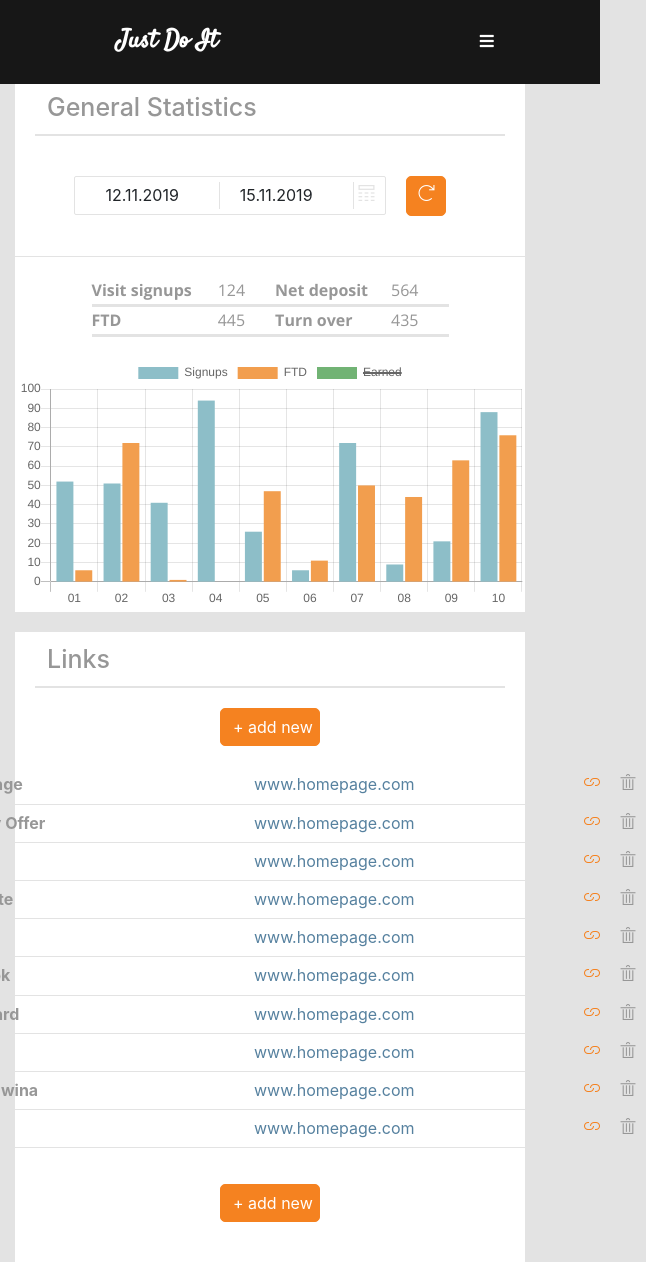
Repository: OllaWilk/wwwJustDoIt
Page: index.html
An editor plug-in stored every save of this project. The page is shown before and after the next save, followed by the edit.
The browser window is 600 px wide. The page is 646 px wide, so the pictures cover 646 px, including what lies to the right of the window. The pictures show the whole page.
Some web libraries are served in a nearby version. The style sheet was rebuilt from its Sass, Less or Tailwind sources for each picture, by a compiler version that may differ from the author's.

Above is the page before, as saved 2019-12-25 16:13:48.

### index.html
<!DOCTYPE html>
<html lang=”en”>
    <head>
        <meta charset=”utf-8”>
        <meta name="viewport" content="width=device-width, initial-scale=1.0">
        <meta http-equiv="X-UA-Compatible" content="ie=edge">
        <meta name="description" content="Projekt indywidualny z kursu Kodilla">
        <meta name="keywords" content="kodilla, indiwidual, project">
        <title>Just Do It - soloProject</title>
            <link href="https://use.fontawesome.com/releases/v5.7.2/css/all.css" rel="stylesheet">
            <link href="https://fonts.googleapis.com/css?family=Open+Sans:400,400i,700|Satisfy&display=swap&subset=latin-ext" rel="stylesheet">
            <link rel="stylesheet" href="https://stackpath.bootstrapcdn.com/bootstrap/4.1.3/css/bootstrap.min.css" integrity="sha384-MCw98/SFnGE8fJT3GXwEOngsV7Zt27NXFoaoApmYm81iuXoPkFOJwJ8ERdknLPMO" crossorigin="anonymous">
            <link rel="stylesheet" href="css/style.css">
            <link rel="stylesheet" href="vendor/css/Glyphter.css">
        </head>
    <body>
        <nav class = "navigation">
            <div class = "navigationWraper">
                <div class  ="navigationTop">
                    <h1 class = "logo">Just Do It</h1>
                    <i id="hamburger" class="fas fa-bars"></i>
                </div>
                <div = class="navigationWraperMobile">
                    <ul>
                        <li><i id="start" class="icon-general"></i><a class="menuButon" href="index.html">General</a></li>
                        <li><i id="details" class="icon-details"></i><a class="menuButon" href="index.html">Details </a></li>
                        <li><i id="links" class="icon-links"></i><a class="menuButon" href="index.html">Links</a></li>
                        <li><i id="banners" class="icon-banners"></i><a class="menuButon" href="index.html">Banners</a></li>
                        <li><i id="personal data" class="icon-personaldata"></i><a class="menuButon" href="index.html">Personal Data</a></li>
                        <li><i id="payout" class="icon-payout"></i><a class="menuButon" href="index.html">Payout</a></li>
                        <li><i id="postback" class="icon-postback"></i><a class="menuButon" href="index.html">Postback</a></li>
                    </ul>
                    <div class = "menagoImg">
                        <h2>Your Manager</h2>
                        <a class="menuButon" href = "index.html">
                            <img src="images/business-woman-746766_1920.jpg">
                        </img>Luisa</a>
                    </div>
                </div>
            </div>
        </nav>

        <div class= "topMenu">
            <div class = "topMenuWrapper">
                <div class= "iconsTopMenu">
                    <i id="wallet" class="icon-wallet"></i>
                    <h3>$ 1,5000</h3>
                    <i id="arrowDown" class="icon-arrow-down-small"></i>
                </div>
                <div class= "iconsTopMenu">
                    <i id="notification" class="icon-notification"></i>
                </div>
                <div class= "iconsTopMenu">
                    <i id="profile" class="icon-profile"></i>
                    <p>Jan Kowalski</p>
                </div>
                <div class= "iconsTopMenu">
                    <i id="start" class="icon-quit"></i>
                </div>
            </div>
        </div>

        <section class = "container">
            <div class = "section  mainPage">
                <h2  class="title">General Statistics</h2>
                <div class="dates">
                    <div class="datesConteiner">
                        <div class="dateStart">12.11.2019</div>
                        <div class="dateEnd">15.11.2019 </div>
                        <i id="calendar" class="icon-calendar"></i>
                    </div>
                    <a href="index.html" id="refresh" class="btnRefrsh btn icon-refresh"></a>
                </div>
                <div class="statistic">
                    <div class="legendWrap">
                        <table>
                            <tr>
                              <td class="visitSignups">
                                <h3>Visit signups</h3>
                                <p>124</p>
                              </td>
                              <td class="netDeposit">
                                <h3>Net deposit</h3>
                                <p>564</p>
                              </td>
                            </tr>
                            <tr>
                              <td class="FTD">
                                <h3>FTD</h3>
                                <p>445</p>
                              </td>
                              <td class="turnOver">
                                <h3>Turn over</h3>
                                <p>435</p>
                              </td>
                            </tr>
                        </table>
                    </div>
                    <canvas id="myChart"></canvas>
                </div>
            </div>

            <div class = "section links">
                <h2  class="title">Links</h2>
                <div class="btnWraper">
                    <a href="index.html" id="refresh" class="btn btnAddNew">+ add new</a>
                </div>
                <div class = "linkWraper">
                    <ul>
                        <li>
                            <p>Home Page</p>
                            <a href="index.html">www.homepage.com</a>
                            <i id="start" class="colorLinks icon-links"></i>
                            <i id="start" class="icon-trash"></i>
                        </li>
                        <li>
                            <p>Curently Offer</p>
                            <a href="index.html">www.homepage.com</a>
                            <i id="start" class="colorLinks icon-links"></i>
                            <i id="start" class="icon-trash"></i>
                        </li>
                        <li>
                            <p>Blurpix</p>
                            <a href="index.html">www.homepage.com</a>
                            <i id="start" class="colorLinks icon-links"></i>
                            <i id="start" class="icon-trash"></i>
                        </li>
                        <li>
                            <p>Youre Site</p>
                            <a href="index.html">www.homepage.com</a>
                            <i id="start" class="colorLinks icon-links"></i>
                            <i id="start" class="icon-trash"></i>
                        </li>
                        <li>
                            <p>Google</p>
                            <a href="index.html">www.homepage.com</a>
                            <i id="start" class="colorLinks icon-links"></i>
                            <i id="start" class="icon-trash"></i>
                        </li>
                        <li>
                            <p>Facebook</p>
                            <a href="index.html">www.homepage.com</a>
                            <i id="start" class="colorLinks icon-links"></i>
                            <i id="start" class="icon-trash"></i>
                        </li>
                        <li>
                            <p>Dashboard</p>
                            <a href="index.html">www.homepage.com</a>
                            <i id="start" class="colorLinks icon-links"></i>
                            <i id="start" class="icon-trash"></i>
                        </li>
                        <li>
                            <p>Blurax</p>
                            <a href="index.html">www.homepage.com</a>
                            <i id="start" class="colorLinks icon-links"></i>
                            <i id="start" class="icon-trash"></i>
                        </li>
                        <li>
                            <p>Piece of wina</p>
                            <a href="index.html">www.homepage.com</a>
                            <i id="start" class="colorLinks icon-links"></i>
                            <i id="start" class="icon-trash"></i>
                        </li>
                        <li>
                            <p>Twitter</p>
                            <a href="index.html">www.homepage.com</a>
                            <i id="start" class="colorLinks icon-links"></i>
                            <i id="start" class="icon-trash"></i>
                        </li>
                    </ul>

                </div>
                <div class="btnWraper">
                    <a href="index.html" id="refresh" class="btn btnAddNew">+ add new</a>
                </div>
            </div>
        </section>

        <script src="https://cdnjs.cloudflare.com/ajax/libs/Chart.js/2.4.0/Chart.min.js"></script>
        <script src="js/script.js"></script>
    </body>
</html>

### js/script.js
const hamburgerMenuLeft = document.getElementById('hamburger');
const mobileMenu = document.querySelector('navigationWraperMenu');

hamburger.addEventListener('click', function(){
    mobileMenu.classList.toggle('active');
});

var ctx = document.getElementById('myChart').getContext('2d');

var chart = new Chart(ctx, {
    // 1
    type: 'bar',
    data: {
        // 2
        labels: ["01", "02", "03", "04", "05", "06", "07", "08", "09", "10"],
        // 3
        datasets: [{
            // 4
            label: "Signups",
            // 5
            backgroundColor: '#8DBEC8',
            borderColor: '#8DBEC8',
            // 6
            data: [ 52, 51, 41, 94, 26, 6, 72, 9, 21, 88 ],
        },
        {
            label: "FTD",
            backgroundColor: '#F29E4E',
            borderColor: '#F29E4E',
            data: [ 6, 72, 1, 0, 47, 11, 50, 44, 63, 76 ],
        },
        {
            label: "Earned",
            backgroundColor: '#71B374',
            borderColor: '#71B374',
            data: [ 59, 49, 68, 90, 67, 41, 13, 38, 48, 48 ],
            // 7
            hidden: true,
        }]
    },
});

### sass/style.scss
/*importy styli*/
@import "variables";
@import "mixins";

@import "normalize";
@import "layout";

@import "sections/leftNavigtation";
@import "sections/topUserMenu";

@import "pages/mainPage";
@import "pages/links";
@import "components/mediaQuery";

### sass/_variables.scss
/*stałe graficzne*/
/*colors*/
$color-dark: #171717;
$color-light: #ffffff;
$color-buttonGreyDark: #979797;
$color-buttonGreyLight: #bbbbbb;
$color-buttonDisable: #e4e4e4;
$color-background: #E3E3E3;
$color-buttonOrangeDark: #F58220;
$color-buttonOrangeLight: #FFA200;
$color-onlineButton: #04AE00;
$color-notificationClicked: #74B67A;
$color-notificationUnclicked: #96CC9B;
$color-buttonNegativeClicked: #DE5252;
$color-buttonNegativeUnclicked: #EC7171;
$color-links: #56819F;
$color-strongRed: #FF0000;

/*font sizes*/

$paragraph-font-size: 16px;

/*fonts*/
$logo: 'Satisfy', cursive;
$brand-font: "Open Sans", Helvetica, Arial;
$default-font: 'Roboto', sans-serif;

### sass/_mixins.scss
/*buttons*/
.btn {
  display: inline-block;
  border-radius: 5px;
  font-size: 16px;
  text-align: center;
  text-decoration: none;
  cursor: pointer;
  border: 1px solid $color-buttonOrangeDark;
  background-color: $color-buttonOrangeDark;
  color: $color-light;
  width: 100px;
  &:hover {
    background-color: $color-light;
    color: $color-buttonGreyDark;
    border: 1px solid $color-buttonGreyDark;
  }
}


.btnRefrsh {
  width: 40px;
  height: 40px;
  margin: 20px;
}

@mixin flex-center {
  display: flex;
  justify-content: center;
}

/*links*/

### sass/_layout.scss
/*Global*/
html {
    box-sizing: border-box;
}

*, *::before, *::after {
    box-sizing: inherit;
}

body {
    margin: 0;
    background-color: $color-background;
    font-size: 16px;
    line-height: 1.7;
    display: flex;
}

.container {
    width: calc(100% - 240px); //NIE DZIAŁA DLACZEGO?
    top: 70px;
    left: 240px;
    position: absolute;
    z-index: -1;
}

.section {
    background-color: $color-light;
    //width: 141%; //tu musi być 141% bo szerokość kontenera nie mogę zmienić
}

### sass/sections/_leftNavigtation.scss
.navigation {
    width: 240px;
    height: 100vh;
    position: fixed;
    background-color: $color-dark;
    color: $color-light;
    padding: 10px;

}

.navigationWraper {
    font-family: $brand-font;
    ul {
        font-size: 16px;
        list-style-type: none;
        color: $color-background;
        li {
            margin: 20px 0px;
            padding:10px;
            &:hover {
                border-left: 4px solid $color-buttonOrangeDark;
            }
        }
    }
}

.navigationTop {
        display: flex;
        align-items: baseline;
        i {
            font-size: 16px;
            margin-left: 70px;
            cursor: pointer;
            &:hover {
                color: $color-buttonOrangeDark;
        }
    }
}

.logo {
    font-family: $logo;
    font-size: 25px;
    font-weight: 600;
    margin-left: 10px;
}

.menuButon {
    color: $color-background;
    font-family: $brand-font;
    font-size: 16px;
    margin: 0 10px;
    text-decoration: none;
    &:hover {
        color: $color-background;
        text-decoration: none;
    }
}

.menagoImg {
    h2 {
        font-size: 25px;
        font-weight: 600;
        color: $color-background;
        margin: 25px 0 10px 10px;
    }
    a {
        img {
            border-radius: 50%;
            height: 55px;
            width: 55px;
            margin: 20px;
        }

    }
}

### sass/sections/_topUserMenu.scss
.topMenu {
    background-color: $color-light;
    width: calc(100% - 240px);
    height: 50px;
    margin-left: 240px;
    position: fixed;
}

.topMenuWrapper {
    display: flex;
    float: right;
    width: auto;
    margin: 5px 10px;
}

.iconsTopMenu {
    display: flex;
    align-items: baseline;
    border-left: 2px solid $color-background;
    padding: 10px 20px 0 20px;
    i {
        display:inline-block;
    }
    h3 {
        font-size: 20px;
        margin: 0 10px;
        font-weight: bold;
        font-family: $default-font;
    }
    p{
        font-size: 16px;
        margin: 0 10px;
        font-family: $default-font;
    }
}

/*UWAGI
inny krótszy zapisz gdzie p z 52 linijki html jest zamienione na h3: nie działa :first-child a działa :last-child

.iconsTopMenu {
    display: flex;
    align-items: baseline;
    border-left: 2px solid $color-background;
    padding: 10px 20px 0 20px;
    i {
        display:inline-block;
    }
    h3 {
        font-size: 16px;
        margin: 0 10px;
        font-weight: bold;
        :first-child{
            font-weight: bold;
        }
    }
}

*/

### sass/pages/_mainPage.scss
.title {
    color: $color-buttonGreyDark;
    font-weight: 550;
    font-size: 25px;
    border-bottom: 2px solid $color-background;
    padding: 12px;
    margin: 0 20px;
}

//Daty

.dates {
    display: flex;
    justify-content: center;
    padding: 20px 30px;
    align-items: baseline;
    border-bottom: 1px solid $color-background;
}

.datesConteiner {
    padding: 5px 10px;
    border: 1px solid $color-background;
    border-radius: 2px;
    display: flex;
    align-items: baseline;
    div {
        border-right: 1px solid $color-background;
        padding-left: 20px;
        padding-right: 40px;
        font-size: 16px;
    }
    i {
        color: $color-background;
        padding-left: 5px;
    }
}

.legendWrap {
    table {
      margin: 20px auto;
      width: 70%;
      border-spacing: 25px; //dlaczego nie działasz?
      tr {
        td {
          position: relative;
          padding: 0;
          border-bottom: 3px solid $color-background;
          width: auto;
          h3, p {
            display: inline;
            font-family: $brand-font;
            font-size: 16px;
            font-weight: bold;
            color: $color-buttonGreyDark;
            padding-right:  30px;
          }
          p {
            position: absolute;
            right: 0;
            margin: 0;
            font-weight: 500;
          }
        }
      }
    }
  }

### sass/pages/_links.scss

//Linki
.links {
    margin-top: 20px;
    padding-bottom: 20px;
}

.btnWraper {
    display: flex;
    justify-content: center;
}

.btnAddNew {
    margin: 20px;

}

.linkWraper {
    font-size: 16px;
    color: $color-buttonGreyDark;
    display: flex;
    justify-content: center;

    ul {
        li {
            display: flex;
            align-items: baseline;
            border-bottom: 1px solid $color-background;
            &:hover {
                background-color: $color-background;
            }
            p {
                font-weight: bold;
                margin: 5px 0;
                width: 320px;
            }
        }
    }
    a {
        color: $color-links;
        text-decoration: none;
        width: 320px;
    }
    i {
        margin: 0 10px;
    }
}

.colorLinks {
    color: $color-buttonOrangeDark;
    margin-left: 320px;
}

### sass/components/_mediaQuery.scss
@media (max-width: 750px) {

    .topMenuWrapper {
        display: none;
    }

    .navigation  {
        width: 100%;
        height: auto;
    }

    .navigationTop {
        justify-content: space-around;
    }

    .navigationWraperMobile {
        display: none;
    }

    .navigationWraperMobile.active {
        display: block;
        position: fixed;
        height: 100%;
        background-color: $color-dark;
        z-index: 1;
        line-height: 0;

    }

    .container {
        left: 0;
        width: 100%;
        top: 80px;
    }

    .topMenu {
        z-index: -1;
    }
}

Loaded but not shown: vendor/css/Glyphter.css (common file); sass/_normalize.scss (common file)

After the next save:
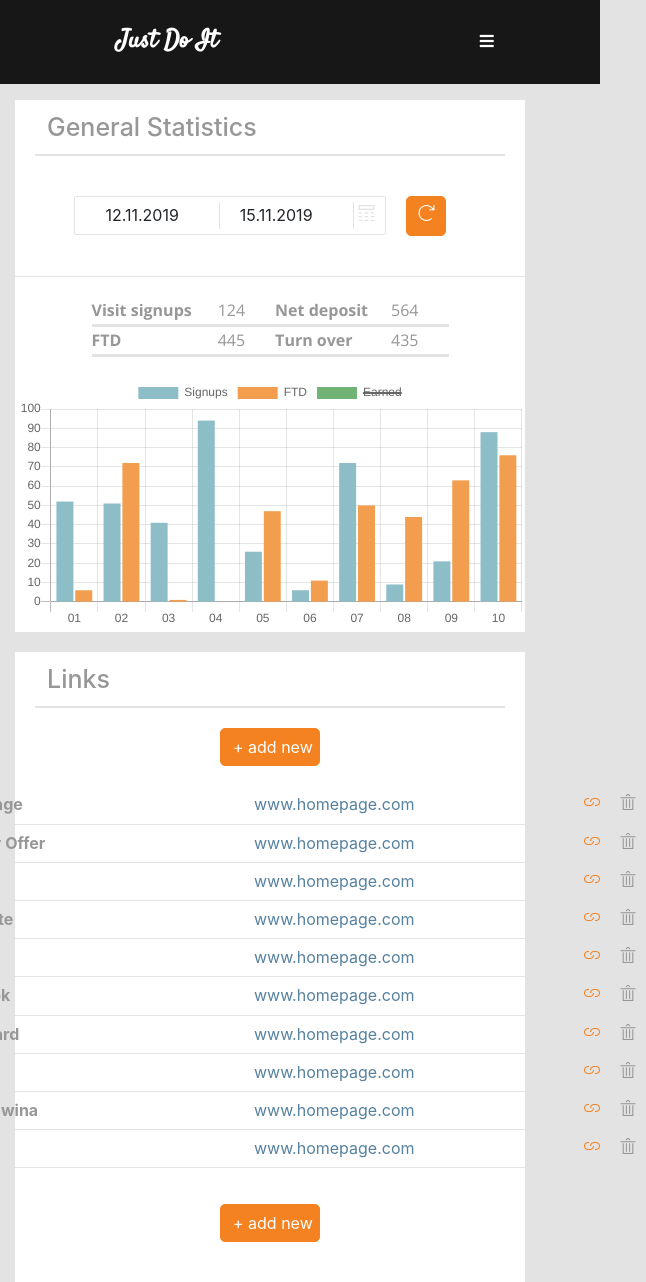
Saved 8 s later.
--- a/sass/components/_mediaQuery.scss
+++ b/sass/components/_mediaQuery.scss
@@ -30,7 +30,7 @@
     .container {
         left: 0;
         width: 100%;
-        top: 80px;
+        top: 100px;
     }
 
     .topMenu {
